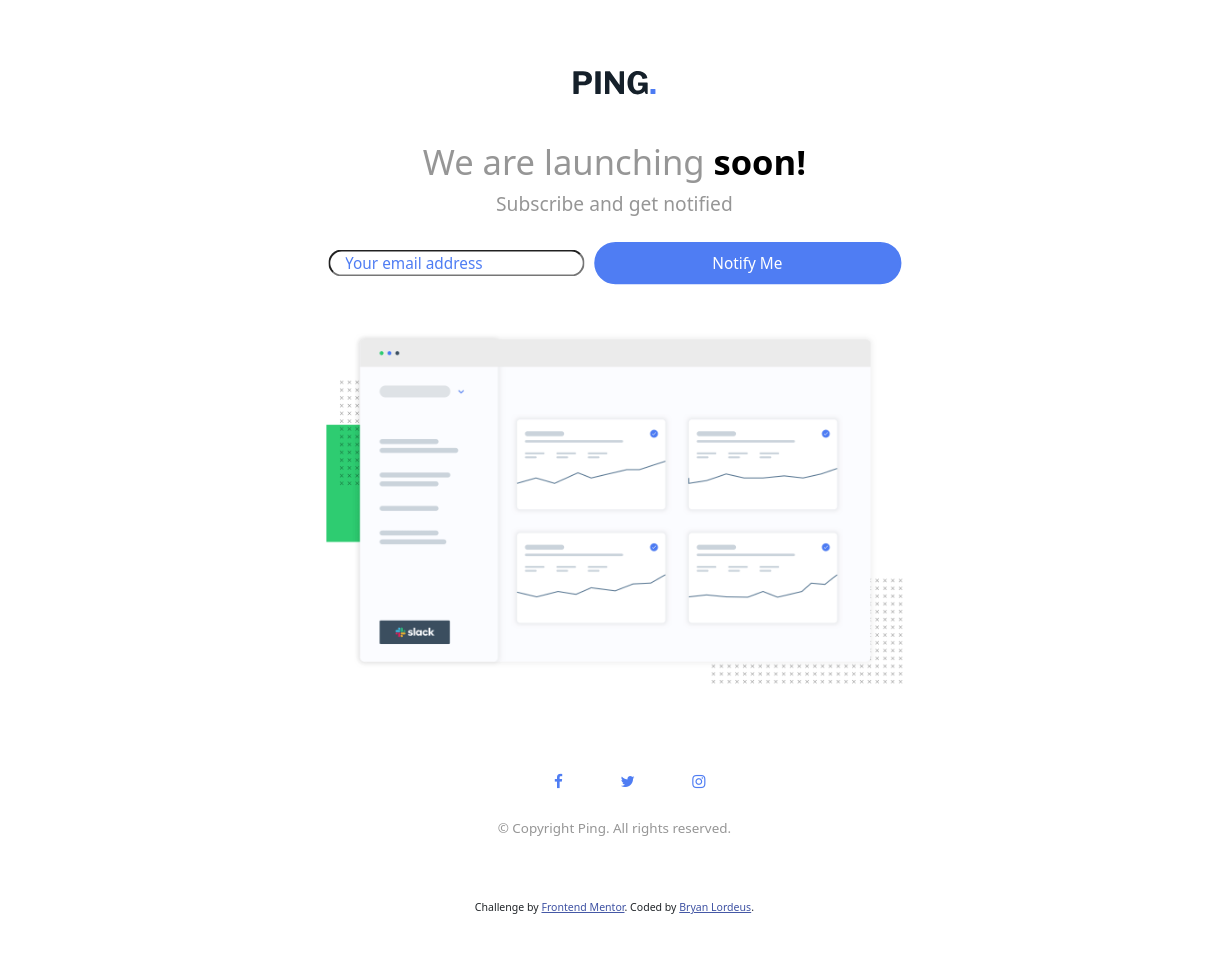
Repository: blordeus/ping-coming-soon-page-master
Page: index.html
An editor plug-in stored every save of this project. The page is shown before and after a run of saves, followed by the edit.
The browser window is 1280 px wide. The pictures show the whole page, at 96% of full size.
The style sheet was rebuilt from its Sass, Less or Tailwind sources for each picture, by a compiler version that may differ from the author's.

Above is the page before, as saved 2023-08-31 14:16:14.

### index.html
<!DOCTYPE html>
<html lang="en">
<head>
  <meta charset="UTF-8">
  <meta name="viewport" content="width=device-width, initial-scale=1.0"> <!-- displays site properly based on user's device -->

  <link rel="icon" type="image/png" sizes="32x32" href="./images/favicon-32x32.png">
  <link rel="stylesheet" href="style.css">
  <link href="https://cdn.jsdelivr.net/npm/bootstrap@5.3.1/dist/css/bootstrap.min.css" rel="stylesheet" integrity="sha384-4bw+/aepP/YC94hEpVNVgiZdgIC5+VKNBQNGCHeKRQN+PtmoHDEXuppvnDJzQIu9" crossorigin="anonymous">
  <link rel="stylesheet" href="https://maxcdn.bootstrapcdn.com/font-awesome/4.7.0/css/font-awesome.min.css">

  <title>Frontend Mentor | Ping coming soon page</title>


</head>
<body>
  <main class="text-center my-4 mx-4">
    <header class="mb-5 mt-3 mt-md-5">
      <img  src="./images/logo.svg" alt="logo">
    </header>

    <section class="heading">
      <h1 class="gray-color">We are launching <strong class="text-black">soon!</strong></h1>
      <p class="mt-2 gray-color">Subscribe and get notified</p>
    </section>

    <form action="#" class="mt-4 needs-validation" novalidate>
        <input
        class="rounded-pill px-3"
        type="email"
        placeholder="Your email address"
        id="email"
        autocomplete="off"
        required
        />
        <div class="invalid-feedback">
          Please provide a valid email address
        </div>
        <button type="submit" class="rounded-pill text-white ">Notify Me</button>
      </form>

    <section class="showcase">
      <img src="./images/illustration-dashboard.png" alt="dashboard">
    </section>

    <div class="icons">
      <ul>
        <li><i class="fa fa-facebook" aria-hidden="true"></i></li>
        <li><i class="fa fa-twitter" aria-hidden="true"></i></li>
        <li><i class="fa fa-instagram" aria-hidden="true"></i></li>
      </ul>
    </div>

    <p class="gray-color copyright">&copy; Copyright Ping. All rights reserved.</p>

    <footer class="pt-5">
      <p class="attribution">
        Challenge by <a rel="noopener" href="https://www.frontendmentor.io?ref=challenge" target="_blank">Frontend Mentor</a>.
        Coded by <a href="#">Bryan Lordeus</a>.
      </p>
    </footer>
  </main>
  <script src="./main.js"></script>
  <script src="https://cdn.jsdelivr.net/npm/bootstrap@5.3.1/dist/js/bootstrap.bundle.min.js" integrity="sha384-HwwvtgBNo3bZJJLYd8oVXjrBZt8cqVSpeBNS5n7C8IVInixGAoxmnlMuBnhbgrkm" crossorigin="anonymous"></script>
</body>
</html>

### main.js
const form = document.querySelector('form');
const button = form.querySelector('[type="submit"]');
const msg = 'Please provide a valid email address';

const error = document.createElement('p');
error.classList.add('error_text');
error.textContent = msg;

function checkEmail (e) {
    e.preventDefault();
    const email = e.target.querySelector('[type="email"]').value;
    if(!validateEmail(email)){
        form.classList.add('error');
        form.insertBefore(error, button)
    } else {
        form.classList.remove('error');
        form.removeChild(error);
    }
    console.log(email);
}

function validateEmail(email) {
    const re = /^(([^<>()\[\]\\.,;:\s@"]+(\.[^<>()\[\]\\.,;:\s@"]+)*)|(".+"))@((\[[0-9]{1,3}\.[0-9]{1,3}\.[0-9]{1,3}\.[0-9]{1,3}])|(([a-zA-Z\-0-9]+\.)+[a-zA-Z]{2,}))$/.test(email);
    return re.test(String(email).toLowerCase());
}

form.addEventListener('submit', checkEmail);

// Example starter JavaScript for disabling form submissions if there are invalid fields
(() => {
    'use strict'

    // Fetch all the forms we want to apply custom Bootstrap validation styles to
    const forms = document.querySelectorAll('.needs-validation')

    // Loop over them and prevent submission
    Array.from(forms).forEach(form => {
      form.addEventListener('submit', event => {
        if (!form.checkValidity()) {
          event.preventDefault()
          event.stopPropagation()
        }

        form.classList.add('was-validated')
      }, false)
    })
  })()

### style.scss
  @import url('https://fonts.googleapis.com/css2?family=Libre+Franklin:wght@300;600;700&display=swap');

:root {
    --very-dark-blue: hsl(209, 33%, 12%);
    --dark-gray: hsl(0, 0%, 59%);
    --blue: hsl(223, 87%, 63%);
    --light-red: hsl(354, 100%, 66%);
    --pale-blue: hsl(223, 100%, 88%);
}

* {
    box-sizing: border-box;
    margin: 0;
    padding: 0;
}

body {
    font-size: 20px;
    font-family: 'Libre Franklin', sans-serif;
    min-height: 100vh;
    display: flex;
    flex-direction: column;
    justify-content: center;
    align-items: center;
}

img {
    max-width: 100%;
}

ul {
    list-style: none;
}

.heading h1 {
    font-weight: 300;
}

.heading h1 strong {
    font-weight: 700;
}

.heading p {
    font-size: 20px;
    color: var(--dark-gray);
    font-weight: 300;
}

form {
    width: 300px;
    margin: auto;
    display: flex;
    flex-direction: column;
    align-items: center;
    justify-content: center;
    gap: 12px;
    position: relative;
}

form.error input {
    border: 2px solid var(--light-red);
}

form.error .error-text {
    position: absolute;
    top: 100%;
    font-size: .95rem;
    margin-top: 10px;
    color: var(--light-red);
    font-weight: 500;
    font-style: italic;
}

.invalid

form input {
    width: 100%;
    padding: 8px;
    font-family: inherit;
    font-size: 14px;
    color: var(--blue);
    border: 1px solid var(--blue);
    outline: none;
}

form input::placeholder {
    color: var(--blue);
}

button {
    width: 100%;
    padding: 8px;
    background-color: var(--blue);
    font-family: inherit;
    border: 2px solid var(--blue);
    transition: background-color 0.4s;
    box-shadow: 0px 0px 20px --blue;
}

button:hover {
    cursor: pointer;
    opacity: 0.7;
}

.gray-color {
    color: var(--dark-gray);
}

.showcase {
    padding: 50px 20px 80px;
}

.icons img {
    width: 30px;
    margin: 0 5px;
}

.icons ul {
    display: flex;
    justify-content: center;
    align-items: center;
}

.icons ul li {
    margin: 0 20px;
    color: var(--blue);
    padding: 10px;
}

.icons ul li:hover {
    border-radius: 50%;
    background-color: var(--blue);
    color: white;
}

.copyright {
    font-size: 14px;
}

  .attribution { font-size: 11px; text-align: center; }
  .attribution a { color: hsl(228, 45%, 44%); }

  @media only screen and (min-width: 700px) {
    .heading h1 {
        font-size: 36px;
    }

    form {
        flex-direction: row;
        width: auto;
        gap: 10px;
    }

    button {
        width: 50%;
        margin-left: 20px;
    }

    .showcase img {
        width: 600px;
    }
  }

After the next 2 saves:
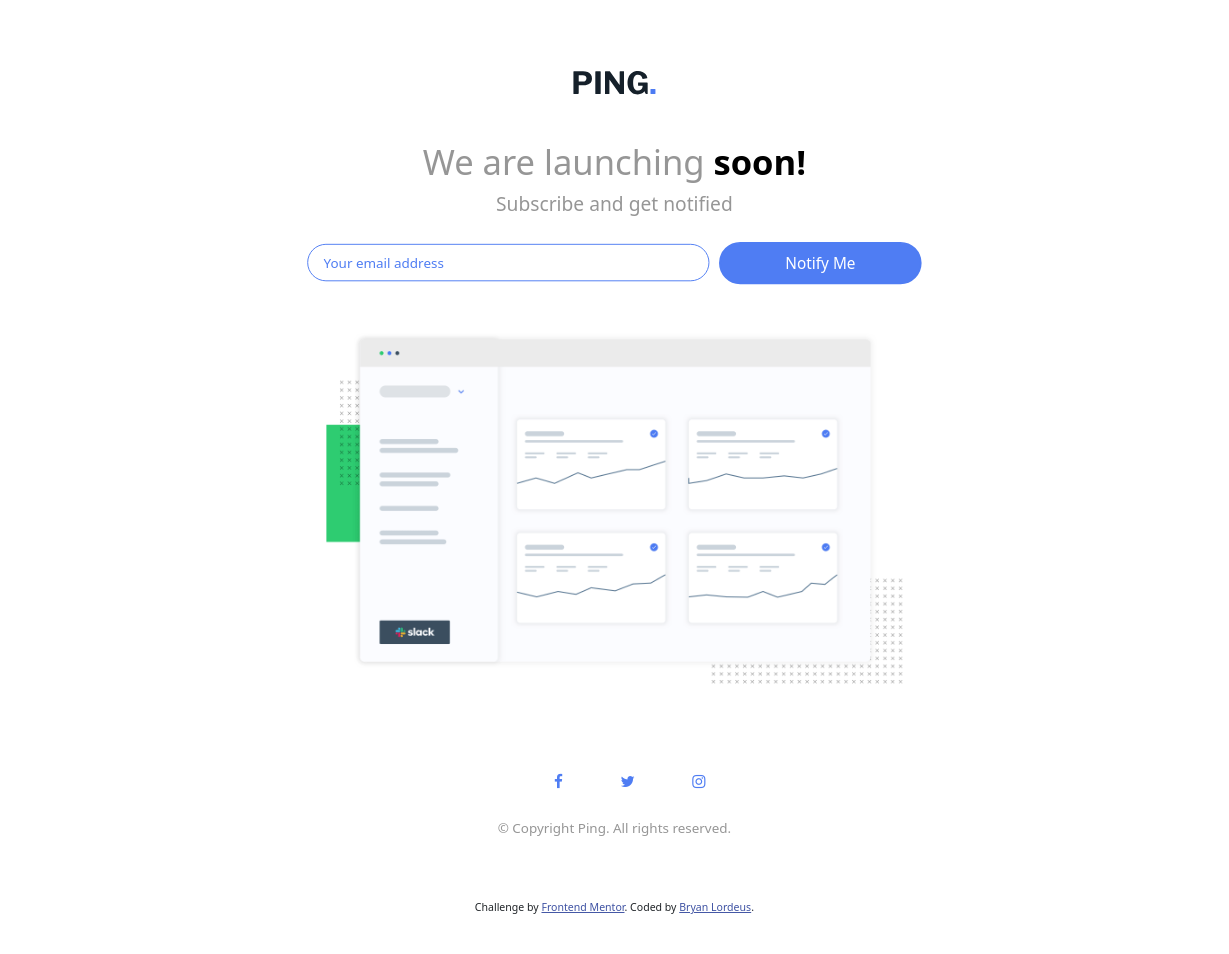
The 2 saves are shown as one change because they came seconds apart.
The last was saved 6 s later.
--- a/style.scss
+++ b/style.scss
@@ -71,7 +71,9 @@
     font-style: italic;
 }
 
-.invalid
+.invalid-feedback {
+
+}
 
 form input {
     width: 100%;
